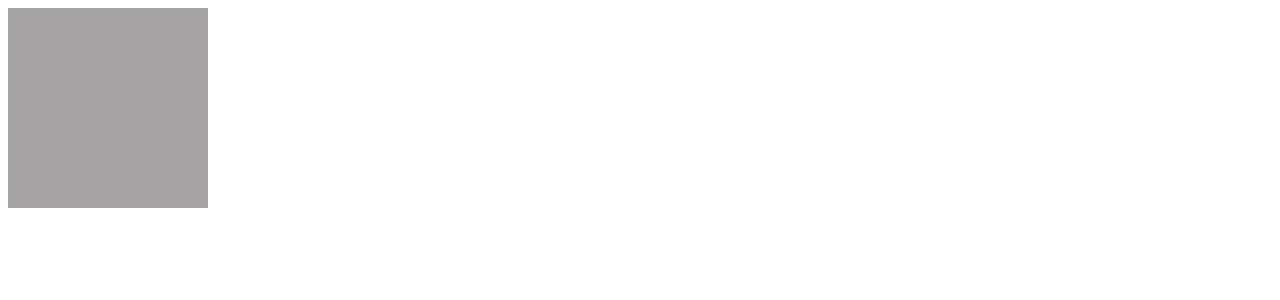
Repository: mariawasilewa-coca-cola/test1
Page: index.html
An editor plug-in stored every save of this project. The page is shown before and after the next save, followed by the edit.
The browser window is 1280 px wide. The pictures show the whole page.

Above is the page before, as saved 2021-11-04 18:47:27.

After the next save:
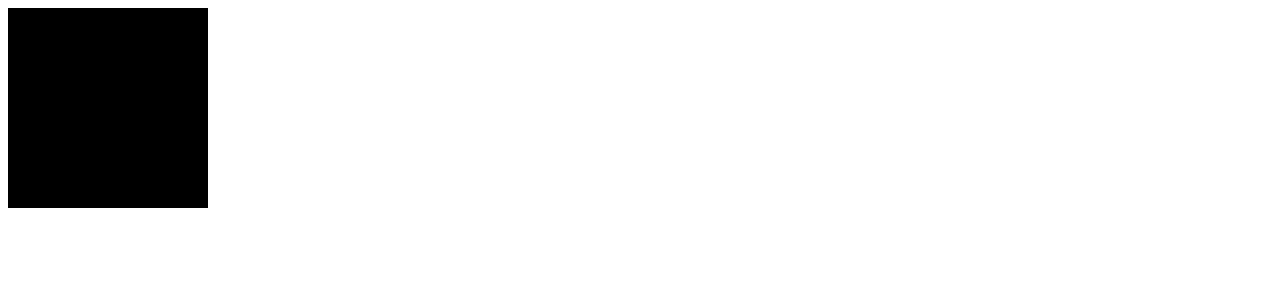
Saved 24 s later.
--- a/style.css
+++ b/style.css
@@ -21,6 +21,6 @@
     }
 
     100% {
-        background-color: rgb(168, 164, 164);
+        background-color: black;
     }
 }
